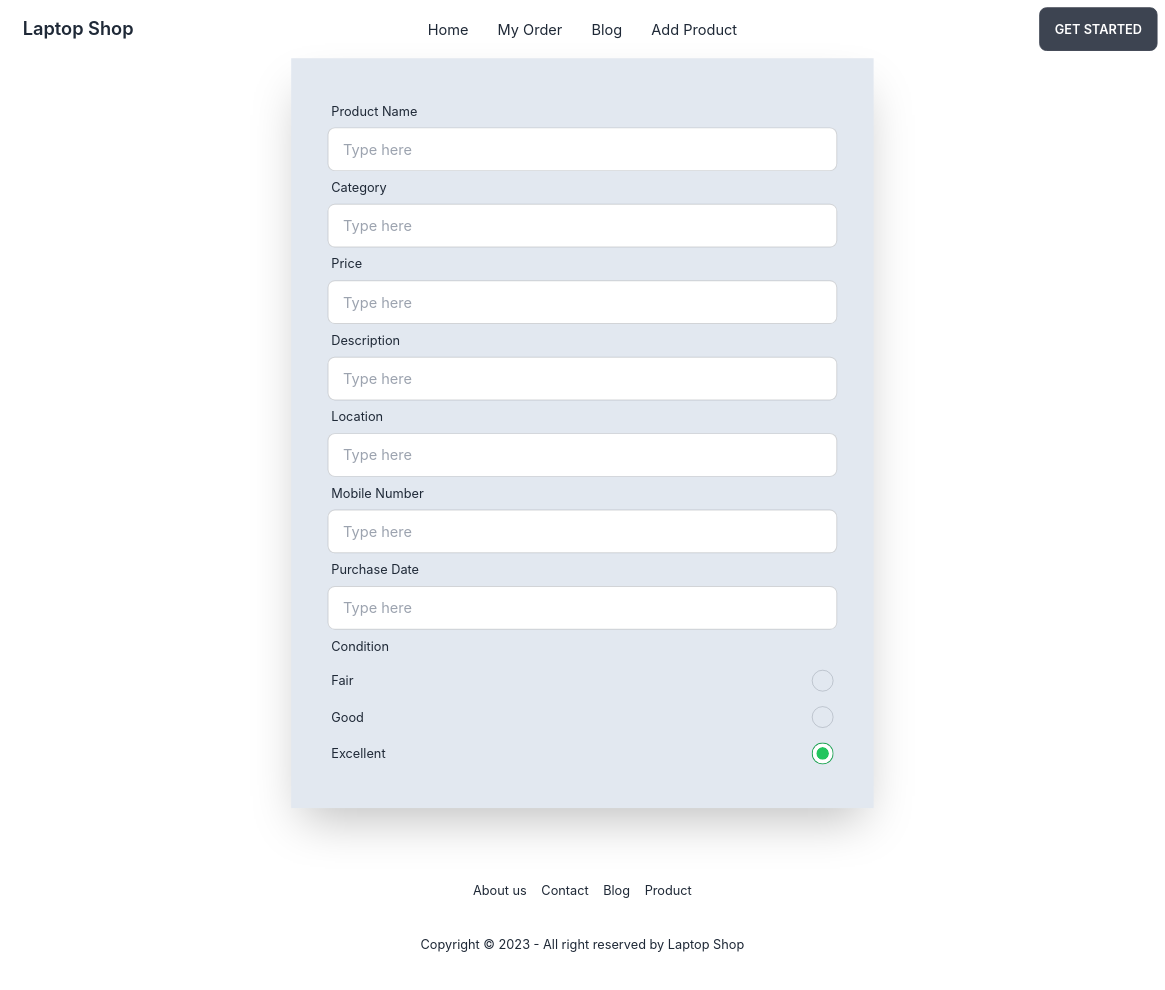
Repository: mdsajib50/E-commerce
Page: /add-product
These files come from the project's save history. The page is drawn as it stood at one moment and after a run of saves; the edit follows.
The browser window is 1280 px wide. The pictures show the whole page, at 91% of full size.
The project was rebuilt for these pictures with package versions that can differ from the ones it lists, and the page was loaded fresh each time. Also part of the build but not shown: src/Pages/Home/Banner/Banner.js, src/Pages/Home/Product/ProductCard.js, src/Pages/Home/Product/Product.js, src/Pages/Home/Home/Home.js.

Above is the page before, as saved 2023-01-11 23:18:38.

### src/App.js
import logo from './logo.svg';
import './App.css';
import { RouterProvider } from 'react-router';
import router from './Routes/Router';

function App() {
  return (
    <div className="App">
        <RouterProvider router={router}></RouterProvider>
    </div>
  );
}

export default App;

### src/Routes/Router.js
import React from 'react';
import { createBrowserRouter } from 'react-router-dom';
import Main from '../Layout/Main/Main';
import AddProduct from '../Pages/AddProduct/AddProduct';
import Home from '../Pages/Home/Home/Home';

const router = createBrowserRouter([
    {
        path: '/',
        element: <Main></Main>,
        children:[
            {
                path:'/',
                element:<Home></Home>
            },
            {
                path:'/home',
                element:<Home></Home>
            },
            {
                path: '/add-product',
                element: <AddProduct></AddProduct>
            }
        ]
    }
])

export default router;

### src/Layout/Main/Main.js
import React from 'react';
import { Outlet } from 'react-router';
import Footer from '../../Pages/Shared/Footer/Footer';
import Header from '../../Pages/Shared/Header/Header';

const Main = () => {
    return (
        <div>
            <Header></Header>
            <Outlet></Outlet>
            <Footer></Footer>
        </div>
    );
};

export default Main;

### src/Pages/AddProduct/AddProduct.js
import React from 'react';

const AddProduct = () => {
    return (
        <div className=''>
           <div className=' text-center w-1/2 mx-auto shadow-2xl bg-slate-200 p-10'>
                <form>
                    <div className="form-control">
                        <label className="label">
                            <span className="label-text">Product Name</span>
                        </label>
                        <input type="text" name='product_name' placeholder="Type here" className="input input-bordered" />
                    </div>
                    <div className="form-control">
                        <label className="label">
                            <span className="label-text">Category</span>
                        </label>
                        <input type="text" name='category' placeholder="Type here" className="input input-bordered" />
                    </div>
                    <div className="form-control">
                        <label className="label">
                            <span className="label-text">Price</span>
                        </label>
                        <input type="text" name='price' placeholder="Type here" className="input input-bordered" />
                    </div>
                    <div className="form-control">
                        <label className="label">
                            <span className="label-text">Description</span>
                        </label>
                        <input type="text" name='description' placeholder="Type here" className="input input-bordered" />
                    </div>
                    <div className="form-control">
                        <label className="label">
                            <span className="label-text">Location</span>
                        </label>
                        <input type="text" name='location' placeholder="Type here" className="input input-bordered" />
                    </div>
                    <div className="form-control">
                        <label className="label">
                            <span className="label-text">Mobile Number</span>
                        </label>
                        <input type="text" name='mobile' placeholder="Type here" className="input input-bordered" />
                    </div>
                    <div className="form-control">
                        <label className="label">
                            <span className="label-text">Purchase Date </span>
                        </label>
                        <input type="text" name='date' placeholder="Type here" className="input input-bordered" />
                    </div>
                    <div className="form-control rounded-xl">
                    <label className="label">
                            <span className="label-text">Condition </span>
                        </label>
                        <div className="form-control">
                            <label className="label cursor-pointer">
                                <span className="label-text">Fair</span>
                                <input type="radio" value='fair' name="condition" className="radio checked:bg-red-500" checked />
                            </label>
                            </div>
                            <div className="form-control">
                            <label className="label cursor-pointer">
                                <span className="label-text">Good</span>
                                <input type="radio" value='good' name="condition" className="radio checked:bg-blue-500" checked />
                            </label>
                        </div>
                            <div className="form-control">
                            <label className="label cursor-pointer">
                                <span className="label-text">Excellent</span>
                                <input type="radio" value='excellent' name="condition" className="radio checked:bg-green-500" checked />
                            </label>
                        </div>
                    </div>
                    </form>
           </div>
        </div>
    );
};

export default AddProduct;

### src/Pages/Shared/Footer/Footer.js
import React from 'react';

const Footer = () => {
    return (
        <footer className="footer footer-center p-10 text-base-content rounded mt-10">
            <div className="grid grid-flow-col gap-4">
                <a className="link link-hover">About us</a>
                <a className="link link-hover">Contact</a>
                <a className="link link-hover">Blog</a>
                <a className="link link-hover">Product</a>
            </div>
            <div>
                <p>Copyright © 2023 - All right reserved by Laptop Shop</p>
            </div>
</footer>
    );
};

export default Footer;

### src/Pages/Shared/Header/Header.js
import React from 'react';
import { Link } from 'react-router-dom';

const Header = () => {
    return (
        <div className="navbar bg-base-100">
        <div className="navbar-start">
            <div className="dropdown">
            <label tabIndex={0} className="btn btn-ghost lg:hidden">
                <svg xmlns="http://www.w3.org/2000/svg" className="h-5 w-5" fill="none" viewBox="0 0 24 24" stroke="currentColor"><path strokeLinecap="round" strokeLinejoin="round" strokeWidth="2" d="M4 6h16M4 12h8m-8 6h16" /></svg>
            </label>
            <ul tabIndex={0} className="menu menu-compact dropdown-content mt-3 p-2 shadow bg-base-100 rounded-box w-52">
                <li><Link to='/home'>Home</Link></li>
                <li><Link to='/myorder'>My Order</Link></li>
                <li><Link to='/blog'>Blog</Link></li>
                <li><Link to='/add-product'>Add A Product</Link></li>
            </ul>
            </div>
            <a className="btn btn-ghost normal-case text-xl">Laptop Shop</a>
        </div>
        <div className="navbar-center hidden lg:flex">
            <ul className="menu menu-horizontal px-1">
                <li><Link to='/home'>Home</Link></li>
                <li><Link to='/myorder'>My Order</Link></li>
                <li><Link to='/blog'>Blog</Link></li>
                <li><Link to='/add-product'>Add Product</Link></li>
            </ul>
        </div>
        <div className="navbar-end">
            <a className="btn">Get started</a>
        </div>
</div>
    );
};

export default Header;

Loaded but not shown: src/index.js (common file); src/index.css (common file); src/reportWebVitals.js (common file); src/App.css (common file); tailwind.config.js (common file)

After the next 4 saves:
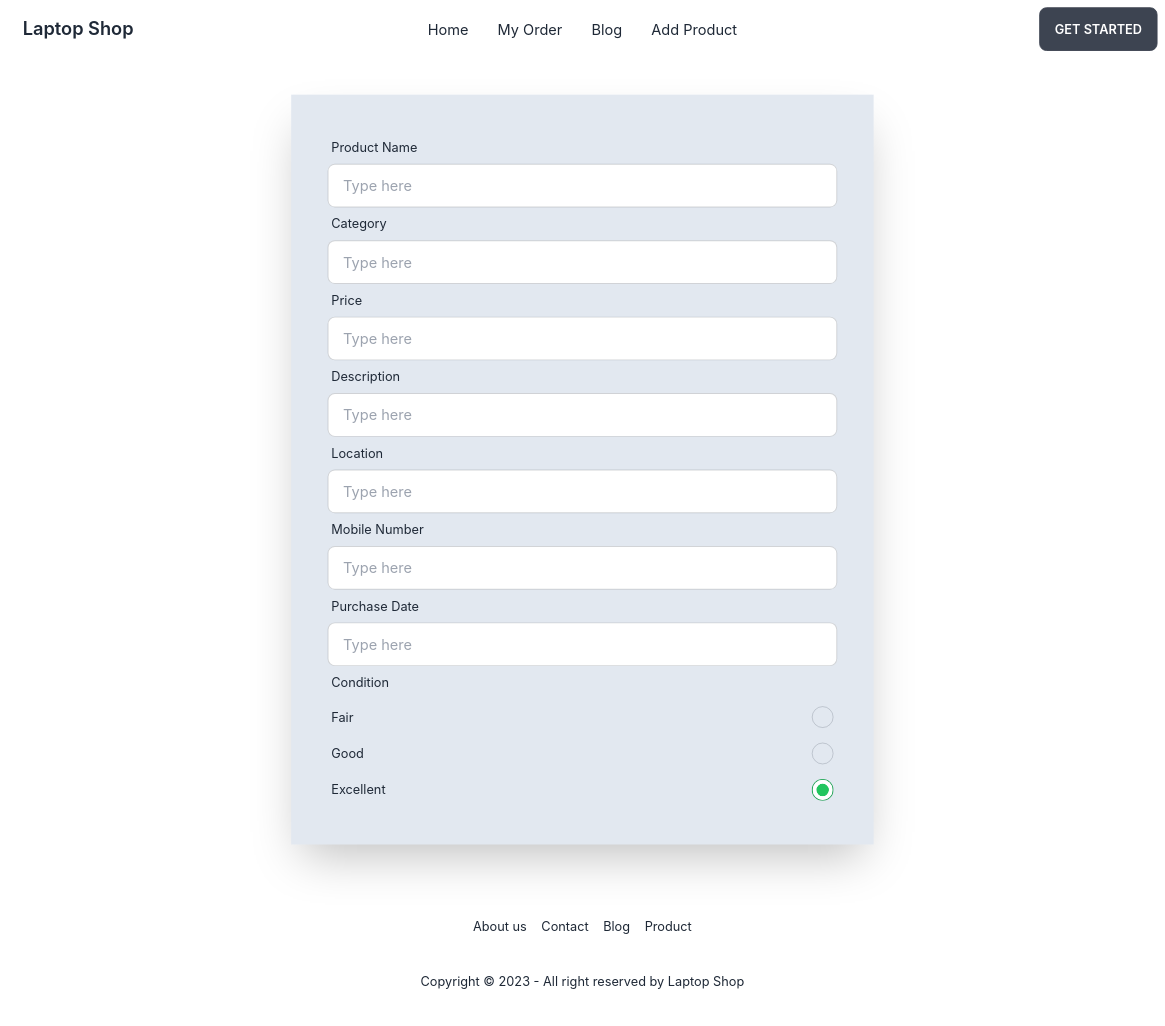
The 4 saves are shown as one change because they came seconds apart.
The last was saved 39 s later.
--- a/src/Pages/AddProduct/AddProduct.js
+++ b/src/Pages/AddProduct/AddProduct.js
@@ -2,7 +2,7 @@ import React from 'react';
 
 const AddProduct = () => {
     return (
-        <div className=''>
+        <div className='my-10'>
            <div className=' text-center w-1/2 mx-auto shadow-2xl bg-slate-200 p-10'>
                 <form>
                     <div className="form-control">
